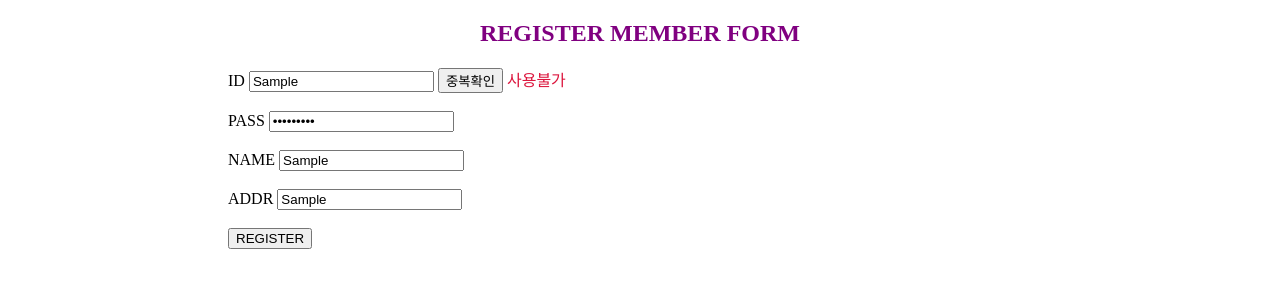
Repository: Niftrone/Kosa_Webs
Page: http://localhost/web16_CafeMember/register.jsp
An editor plug-in stored every save of this project. The page is shown before and after the next save, followed by the edit.
The browser window is 1280 px wide. The pictures show the whole page.
Empty fields were first filled with sample values (such as "Sample", 5 or name@example.com).
After loading, the first visible `#idCheck` was clicked once.
The page is served by Tomcat 9. Queries for data that is not in the repository find no rows.

Above is the page before, as saved 2025-07-07 08:14:22.

After the next save:
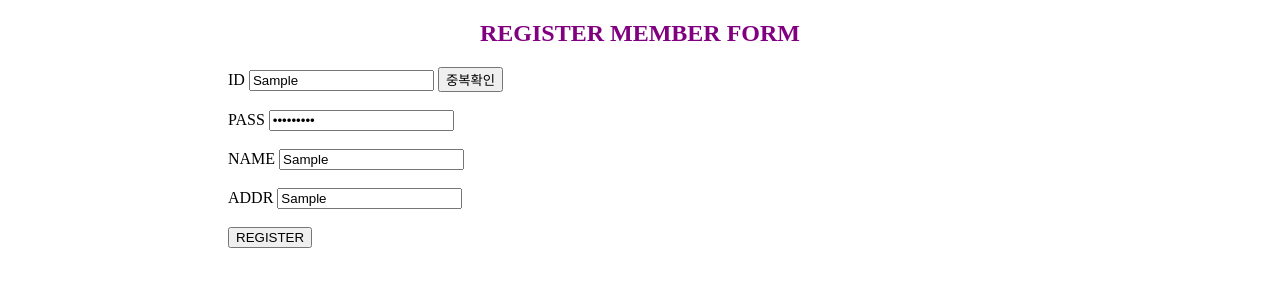
Console error: ReferenceError: alet is not defined
Saved 39 s later.
--- a/web16_CafeMember/src/main/webapp/register.jsp
+++ b/web16_CafeMember/src/main/webapp/register.jsp
@@ -26,6 +26,7 @@
 			data: {'id': userId},
 
 			success: function(data){
+				alet(data)
 				if(data){
 					$('#resultView').html("<span style='color: crimson;'>사용불가</span>");
 				} else {

After the 2 saves that followed:
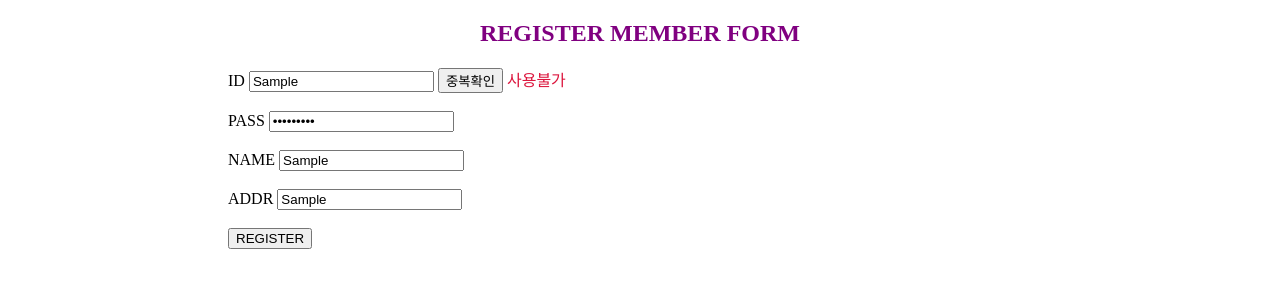
The error is gone.
The 2 saves are shown as one change because they came seconds apart.
The last was saved 16 s later.
--- a/web16_CafeMember/src/main/webapp/register.jsp
+++ b/web16_CafeMember/src/main/webapp/register.jsp
@@ -26,7 +26,7 @@
 			data: {'id': userId},
 
 			success: function(data){
-				alet(data)
+				alert(data)
 				if(data){
 					$('#resultView').html("<span style='color: crimson;'>사용불가</span>");
 				} else {
